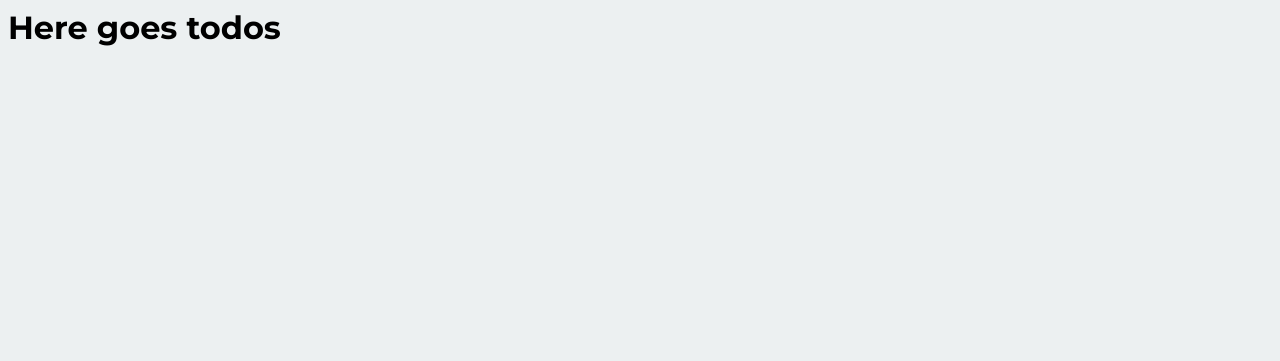
Repository: Baharrsz/ABC__Node-and-Mongo__TodoLis-app
Page: http://localhost/
The author's editor kept a record of every edit. The page is drawn from the files as they stood at one moment, then again after the next edit.
The browser window is 1280 px wide. The pictures show the whole page.
The page is served by the project's Node server (todos_api/index.js). Other server files are loaded and not shown. Queries for data that is not in the repository find no rows.

Above is the page before.

### todos_api/views/index.html
<head>
    <link rel="stylesheet" href="app.css">
    <script src="https://code.jquery.com/jquery-3.5.1.min.js" integrity="sha256-9/aliU8dGd2tb6OSsuzixeV4y/faTqgFtohetphbbj0=" crossorigin="anonymous"></script>
</head>
<body>
    <h1>Here goes todos</h1>
</body>

### todos_api/index.js
const express = require("express"),
    app = express(),
    port = process.env.PORT || 3000,
    bodyParser = require("body-parser");

const router = require("./routes/todos_routes.js");



app.use(bodyParser.json());
app.use(bodyParser.urlencoded({extended: true}));


app.use("/api/todos", router);

app.use(express.static(__dirname+"/views"));
app.use(express.static(__dirname+"/public"));


app.get("/", (req,res) => {
    res.sendFile("index.html");
});


app.listen(port, function(){
    console.log("app is running on " + port);
})

### todos_api/public/app.css
@import url('https://fonts.googleapis.com/css?family=Montserrat:300,400,700');

body {
	font-family: 'Montserrat', sans-serif;
	background: #ecf0f1;
}

/*****************************HEADER STYLES*****************************/
header {
	text-align: center;
}
header h1 {
	font-size: 64px;
	font-weight: 300;
	margin: 80px 0 25px;
	color: #2c3e50;
}
header h1 span {
	font-weight: 700;
}
header h2 {
	color: #bdc3c7;
	font-weight:300;
}
/*****************************FORM STYLES*****************************/

.form {
	width: 800px;
	margin: 50px auto 20px;
}

#todoInput {
	width: 100%;
	height: 60px;
	background: none;
	border: none;
	border-bottom: 1px solid #34495e;
	outline: none;
	font: 300 28px 'Ubuntu', sans-serif;
	padding: 20px;
	color: #34495e;
}

/*****************************LIST STYLES*****************************/
.list {
	width: 800px;
	margin: 0 auto;
}
.task {
	width: 100%;
	height: 60px;
	line-height: 60px;
	font-size: 20px;
	padding: 0 20px;
	color: #34495e;
	transition: all .3s ease;
}
.task:hover {
	background: rgba(0, 0, 0, .02);
	cursor: pointer;
}

.task:hover span{
	opacity: 1;
}

.done {
	text-decoration: line-through;
	color: #bdc3c7;
}

li span {
  float: right;
  color: #c0392b;
  transition: all 0.3s;
  opacity: 0;
}

li span:hover {
  color: #e74c3c
}

### todos_api/public/app.js
/* global $ */

$("document").ready(function(){
    $.getJSON("/api/todos")
    .then(addTodos)
    .catch(err => console.log(err));
});

function addTodos(todos){
    todos.forEach(todo => addTodo(todo));
}

function addTodo(todo) {
    const newTodo = $('<li>'+todo.name+'</li>');
    newTodo.addClass("task");
    if (todo.completed) newTodo.addClass("done");
    $('.list').append(newTodo);
}

function createTodo() {

}

### todos_api/helpers/todos_helpers.js
const db = require("../models");

//Lists all todos
exports.getTodos = function(req,res){
    db.Todo.find()
    .then(todos => {
        res.json(todos);
    })
    .catch(err => res.send(err));
};


//Creates a new todo
exports.postTodo = (req,res) => {
    db.Todo.create(req.body)
    .then(newTodo => res.status(201).json(newTodo))
    .catch(err => res.send(err))
}


//Gets one todo by having the id
exports.getTodo = (req,res) => {
    db.Todo.findById(req.params.todoId)
    .then(foundTodo => res.json(foundTodo))
    .catch(err => res.send(err))
}

//Updates one todo by having the id
exports.updateTodo =  (req,res) => {
    db.Todo.findByIdAndUpdate(req.params.todoId,req.body, {new: true})
    .then(updatedTodo => res.json(updatedTodo))
    .catch(err => res.send(err))
}

//Removes one todo by having the id
exports.deleteTodo =  (req,res) => {
    db.Todo.findOneAndDelete({_id:req.params.todoId})
    .then(deletedTodo => res.json(deletedTodo))
    .catch(err => res.send(err))
}


module.exports = exports;

After the next edit:
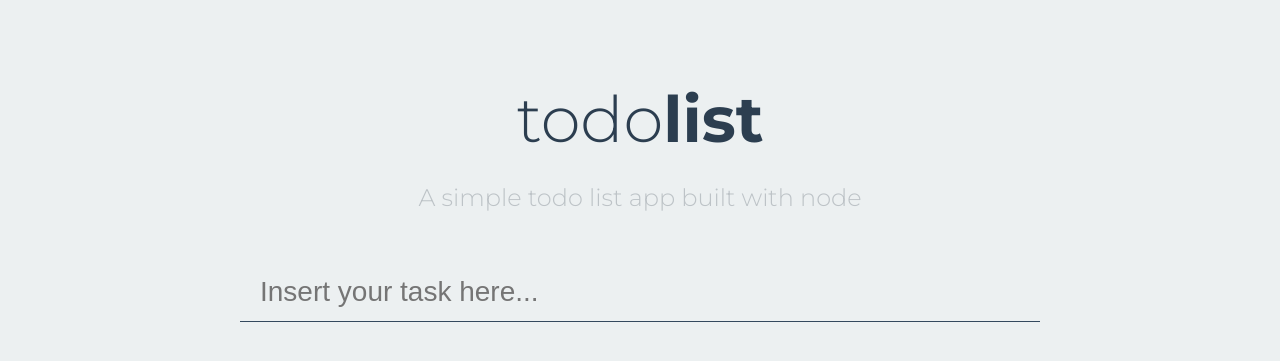
The edit:
--- a/todos_api/views/index.html
+++ b/todos_api/views/index.html
@@ -3,5 +3,18 @@
     <script src="https://code.jquery.com/jquery-3.5.1.min.js" integrity="sha256-9/aliU8dGd2tb6OSsuzixeV4y/faTqgFtohetphbbj0=" crossorigin="anonymous"></script>
 </head>
 <body>
-    <h1>Here goes todos</h1>
+    <header>
+    <h1>todo<span>list</span></h1>
+    <h2>A simple todo list app built with node</h2>
+      </header>
+
+  <section class="form">
+    <input type="text" id="todoInput" placeholder="Insert your task here...">
+  </section>
+
+  <ul class="list">
+  </ul>
+
+<script type="text/javascript" src="app.js"></script>
+
 </body>
